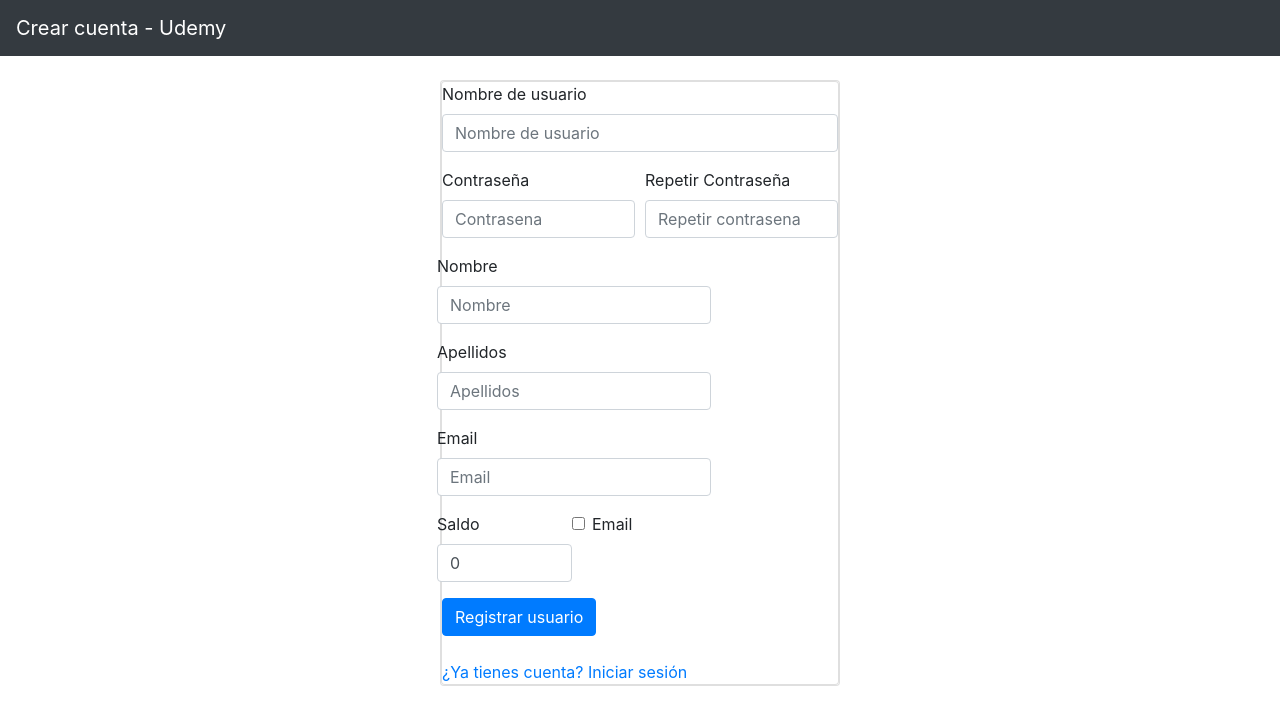
Repository: Enrique-git-hub/curso-java
Page: http://localhost/LibreriaUdemy/register.html
The author's editor kept a copy of each file at every save. The page is drawn from the files as they stood at one save, then again after the next save.
The browser window is 1280 px wide. The pictures show the whole page.
The page is served by Tomcat 9. Other server files are loaded and not shown.

Above is the page before, as saved 2025-03-19 08:19:12.

### Workspace/LibreriaUdemy/src/main/webapp/register.html
<!DOCTYPE html>
<html>
<head>
<meta charset="UTF-8">
<link rel="stylesheet" href="https://cdn.jsdelivr.net/npm/bootstrap@4.6.2/dist/css/bootstrap.min.css">

<!-- jQuery library -->
<script src="https://cdn.jsdelivr.net/npm/jquery@3.7.1/dist/jquery.slim.min.js"></script>

<!-- Popper JS -->
<script src="https://cdn.jsdelivr.net/npm/popper.js@1.16.1/dist/umd/popper.min.js"></script>

<!-- Latest compiled JavaScript -->
<script src="https://cdn.jsdelivr.net/npm/bootstrap@4.6.2/dist/js/bootstrap.bundle.min.js"></script>

<script src="https://ajax.googleapis.com/ajax/libs/jquery/3.7.1/jquery.min.js"></script>

<link href="css/index.css" rel="stylesheet">
<title>Insert title here</title>
</head>
<body>
	<nav class="navbar navbar-dark bg-dark">
		<a class="navbar-brand" href="index.html">Crear cuenta - Udemy</a>
	</nav>
	<main class="p-4 d-flex justify-content-center">
		<div class="card sizeDiv">
			<div class="card body">
				<form id="form-register" class="pb-4">
					<div class="form-group">
						<label for="input-username">Nombre de usuario</label>
						<input type="text" class="form-control" id="input-username" placeholder="Nombre de usuario" required>
					</div>
					<div class="form-row">
						<div class="form-group col-md-6">
							<label for="input-contrasena">Contraseña</label>
							<input type="text" class="form-control" id="input-contrasena" placeholder="Contrasena" required>
						</div>
						<div class="form-group col-md-6">
							<label for="input-contrasena-repeat">Repetir Contraseña</label>
							<input type="text" class="form-control" id="input-contrasena-repeat" placeholder="Repetir contrasena" required>
						</div>
					<div class="form-group">
						<label for="input-nombre">Nombre</label>
						<input type="text" class="form-control" id="input-nombre" placeholder="Nombre" required>
					</div>
					<div class="form-group">
						<label for="input-apellidos">Apellidos</label>
						<input type="text" class="form-control" id="input-apellidos" placeholder="Apellidos" required>
					</div>
					<div class="form-group">
						<label for="input-email">Email</label>
						<input type="text" class="form-control" id="input-email" placeholder="Email" required>
					</div>
					<div class="form-group">
						<label for="input-saldo">Saldo</label>
						<input type="number" class="form-control" id="input-saldo" placeholder="0" min="0" max="10000" value="0" required>
					</div>
					<div class="form-group">
						<div class="form-check">
							<input type="checkbox" class="form-check-input" id="input-premium">
							<label class="form-check-label" for="input-premium">Email</label>
						</div>
					</div>
					</div>
					<input type="submit" class="btn btn-primary" id="register-btn" value="Registrar usuario">
				</form>
				<div id="register-error" class="alert alert-danger d-none" role="alert">Error en las credenciales de registro</div>
				<a href="index.html">¿Ya tienes cuenta? Iniciar sesión</a>
			</div>
		</div>
	</main>
</body>
</html>

### Workspace/LibreriaUdemy/src/main/webapp/css/index.css
@charset "UTF-8";

.bg-login-image{
	background: url("../img/biblioteca.jpg");
	background-position: center;
	background-size: cover;
	border: 0px
}

.sizeDiv{
	width: 400px
}

After the next save:
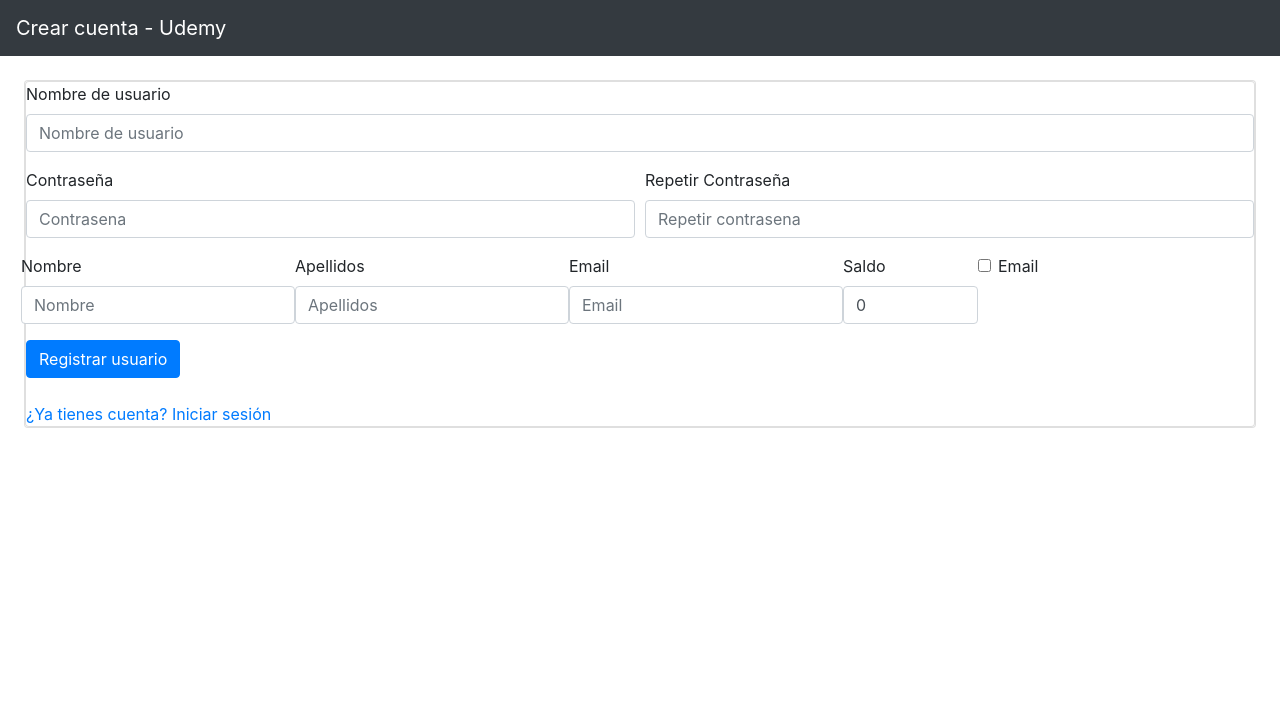
Saved 18 s later.
--- a/Workspace/LibreriaUdemy/src/main/webapp/css/index.css
+++ b/Workspace/LibreriaUdemy/src/main/webapp/css/index.css
@@ -8,5 +8,5 @@
 }
 
 .sizeDiv{
-	width: 400px
+	width: 4000px
 }

After the save that followed:
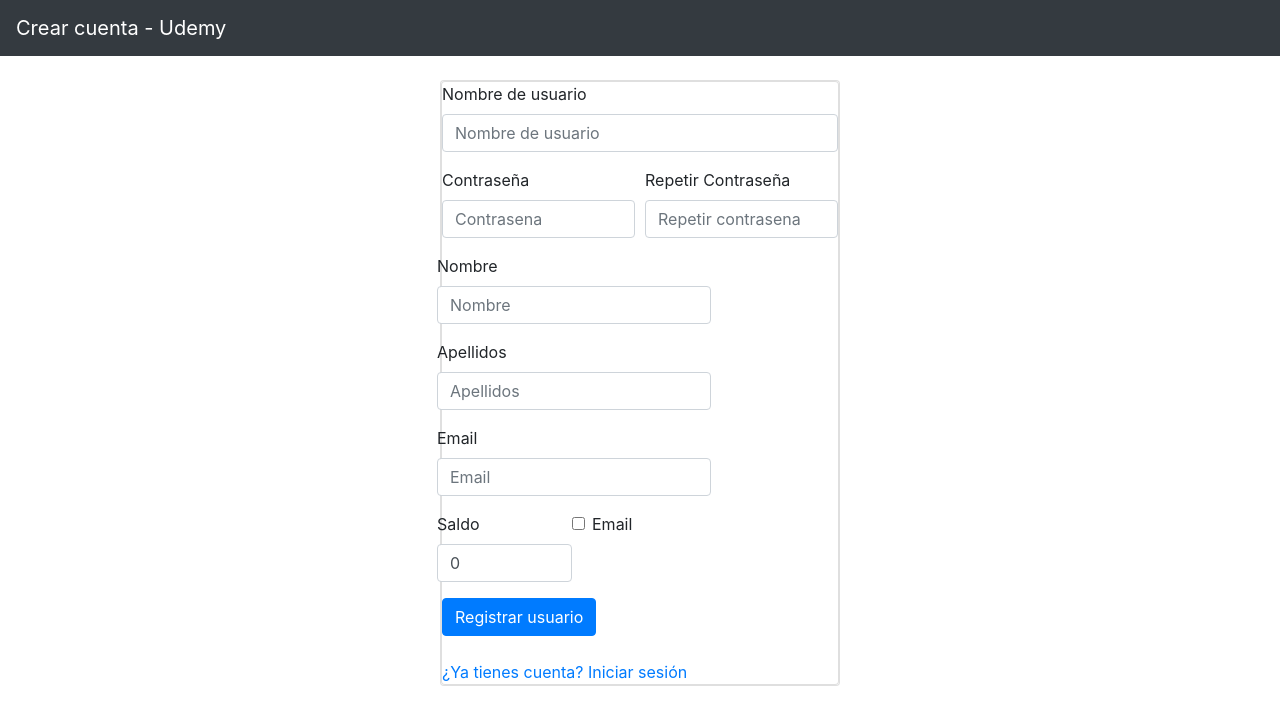
Saved 7 s later.
--- a/Workspace/LibreriaUdemy/src/main/webapp/css/index.css
+++ b/Workspace/LibreriaUdemy/src/main/webapp/css/index.css
@@ -8,5 +8,5 @@
 }
 
 .sizeDiv{
-	width: 4000px
+	width: 400px
 }
